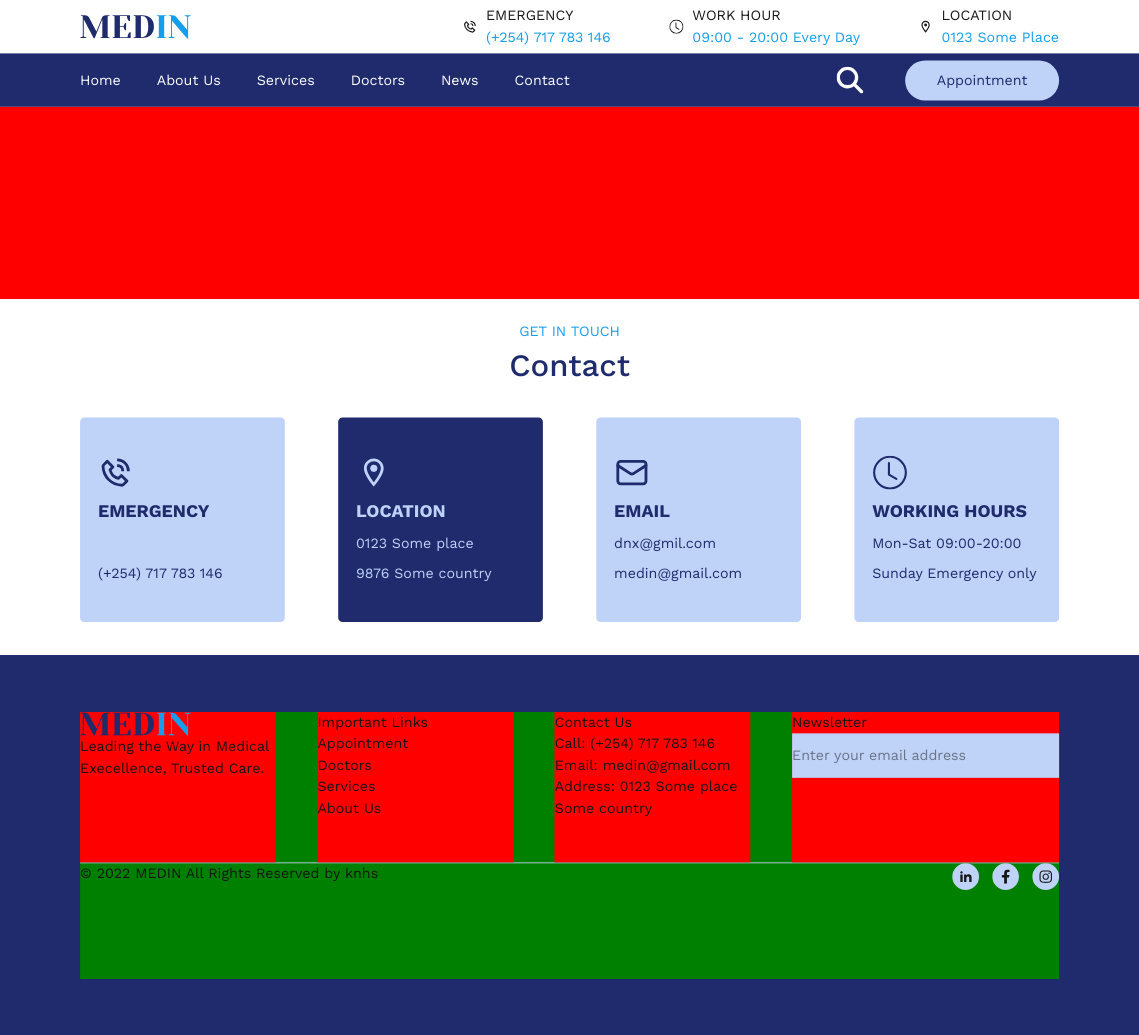
Repository: SynHK3/Poc_Hospital
Page: /appointment (app in fe_hospital/)
The author's editor kept a copy of each file at every save. The page is drawn from the files as they stood at one save, then again after a run of saves.
The browser window is 1280 px wide. The pictures show the whole page, at 89% of full size.
The project was rebuilt for these pictures with package versions that can differ from the ones it lists, and the page was loaded fresh each time. The framework's server and built-in components were replaced by stand-ins that run in the browser. Also part of the build but not shown: fe_hospital/next.config.ts.

Above is the page before, as saved 2025-09-02 16:57:35.

After the next 3 saves:
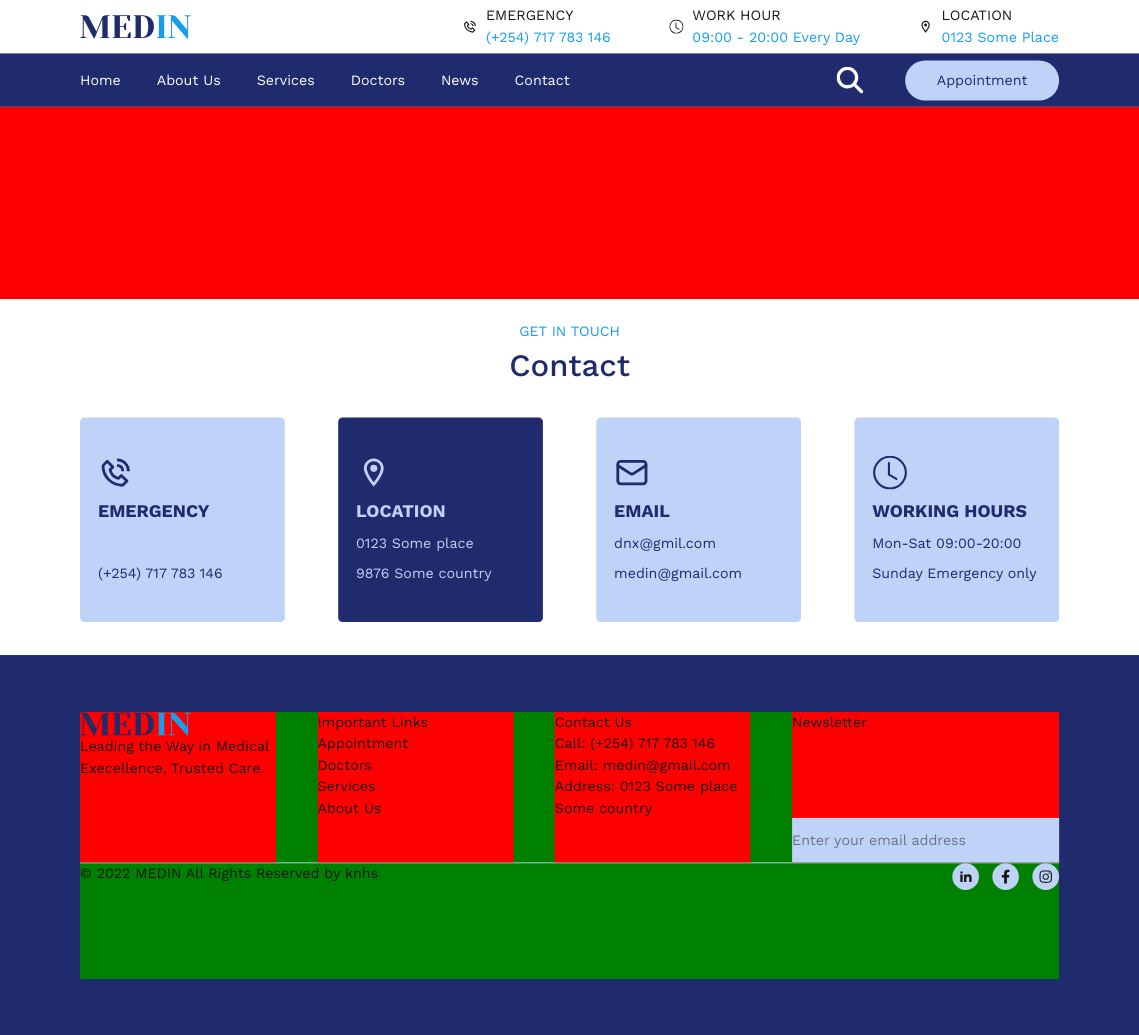
The 3 saves are shown as one change because they came seconds apart.
The last was saved 23 s later.
--- a/fe_hospital/src/components/footer/footer.css
+++ b/fe_hospital/src/components/footer/footer.css
@@ -26,8 +26,10 @@
   background-color: red;
 }
 
-.list__footer--item > li > div{
-
+.list__footer--item > li > div {
+  display: flex;
+  flex-direction: column;
+  justify-content: space-between;
 }
 
 .list__footer--item > li:last-child {
